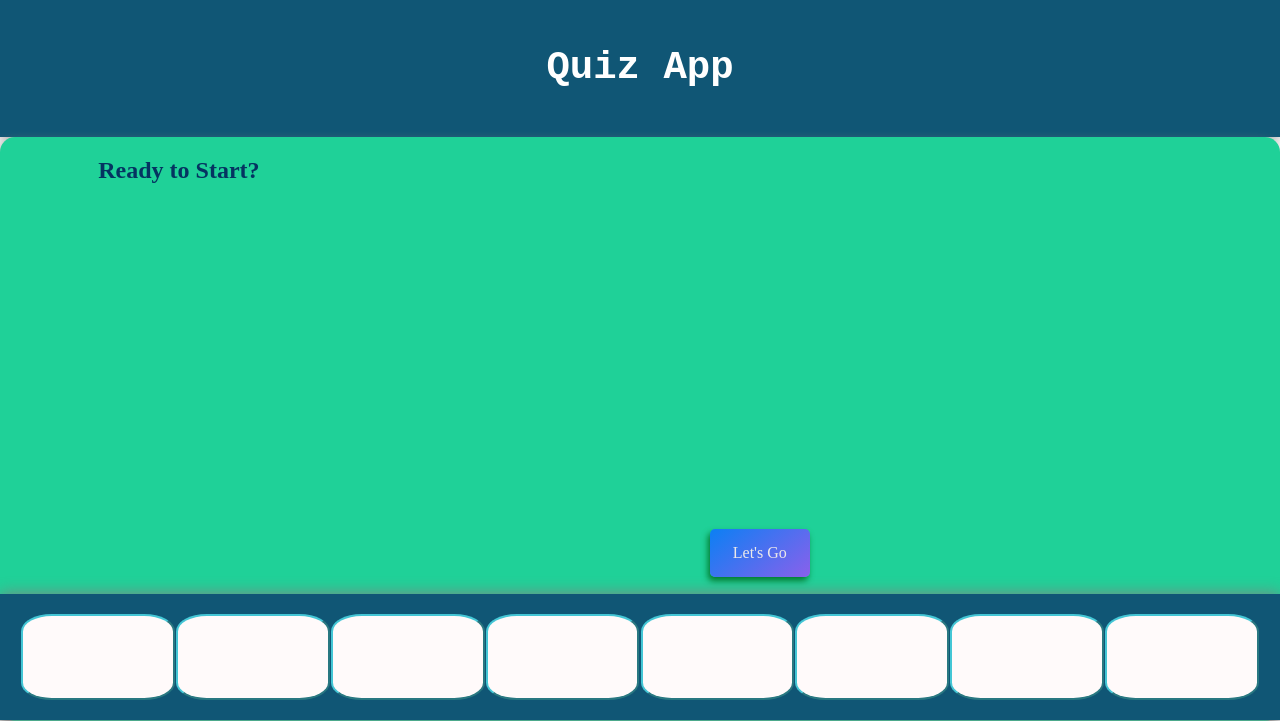
Repository: tpic12/quiz_app
Page: index.html
The author's editor kept a copy of each file at every save. The page is drawn from the files as they stood at one save, then again after the next save.
The browser window is 1280 px wide. The pictures show the whole page.

Above is the page before, as saved 2019-12-28 15:00:18.

### index.html
<!DOCTYPE html>
<html lang="en">

<head>
  <meta charset="UTF-8">
  <meta name="viewport" content="width=device-width, initial-scale=1.0">
  <meta http-equiv="X-UA-Compatible" content="ie=edge">
  <title>Quiz App</title>
  <link href="https://cdnjs.cloudflare.com/ajax/libs/normalize/8.0.1/normalize.min.css" rel="stylesheet"
    type="text/css" />
  <link href="app.css" rel="stylesheet" type="text/css" />
</head>

<body>
  <header>
    <section class='banner'>
      <h1>Quiz App</h1>
    </section>
  </header>
  <main class='display'>

  </main>
  <footer>
    <section class='counts'>
        <div class='count 0'></div>
        <div class='count 1'></div>
        <div class='count 2'></div>
        <div class='count 3'></div>
        <div class='count 4'></div>
        <div class='count 5'></div>
        <div class='count 6'></div>
        <div class='count 7'></div>
    </section>
  </footer>
  <script src="https://code.jquery.com/jquery-3.4.1.slim.js" crossorigin="anonymous"></script>
  <script src="app.js"></script>
</body>

</html>

### app.css
/* Your styles should be mobile-first and responsive */

/**
  * If you are unclear on how to utilize a mobile-first, responsive technique to write your CSS, here is an example:
  *
  * https://github.com/andreacardybailey/responsive_example/blob/master/styles/responsive-base.css
  *
*/
* {
  box-sizing: border-box;
  margin: 0;
}

.banner h1 {
  font-family: monospace;
  font-size: 3em;
}

.banner,
footer {
  color: white;
  font-family: monospace;
  padding: 20px;
  width: 100%;
  text-align: center;
  background-color: hsl(198, 76%, 26%);
  box-shadow: 0px 0px 15px grey;
  border-bottom: none;
  left: 0;
}

.main_card {
  display: flex;
  min-width: 20vw;
  min-height: 40vh;
  text-align: center;
  justify-content: space-evenly;
  align-content: space-around;
  background-color: hsl(161, 74%, 47%);
  border-radius: 15px;
  padding: 20px;
  border: none;
  box-shadow: -2px 6px 12px grey;
}

button {
  margin: 30%;
  margin-bottom: 10%;
  color: hsl(0, 7%, 92%);
  background: linear-gradient(140deg, hsl(210, 91%, 50%), hsl(258, 78%, 65%));
  border: none;
  max-width: 130px;
  min-width: 100px;
  border-radius: 5px;
  padding: 15px;
  box-shadow: -2px 4px 6px hsl(142, 98%, 24%);
}

.main_card > form#qForm {
  display: flex;
  flex-flow: row nowrap;
  justify-content: center;
  text-align: center;
}
/*
.mid-card {
  display: flex;
  flex-flow: column wrap;
  margin: auto;
  margin-top: 100px;
  max-width: 400px;
  min-width: 200px;
  text-align: center;
  align-items: center;
  background-color: hsl(161, 74%, 47%);
  border-radius: 15px;
  padding: 20px;
  border: none;
  box-shadow: -2px 6px 12px grey;
}
*/
.main_card > h2 {
  text-align: center;
  font-weight: bolder;
  color: hsl(210, 90%, 20%);
}

input {
  margin: 5px 20px;
}

footer {
  position: fixed;
  bottom: 0;
  left: 0;
  max-height: 20vh;
}

.counts {
  display: flex;
  justify-content: space-evenly;
}

.count {
  border: 2px outset hsl(186, 63%, 55%);
  font-family: 'Gill Sans', 'Gill Sans MT', Calibri, 'Trebuchet MS', sans-serif;
  border-radius: 20%;
  flex-direction: row;
  width: 12vw;
  height: 12vh;
  background-color: hsl(0, 100%, 99%);
  padding: 15px;
  -webkit-border-radius: 20%;
  -moz-border-radius: 20%;
  -ms-border-radius: 20%;
  -o-border-radius: 20%;
}

h1 {
  font-family: sans-serif;
}

.green {
  background-color: green !important;
}

.red {
  background-color: red !important;
}

#snackbar > p {
  visibility: hidden;
  min-width: 15vw;

  color: #fff;
  text-align: center;
  align-content: flex-start;
  padding: 5px;
  position: absolute;
  z-index: 1;
  left: ;
  top: -30px;
}

#snackbar.show {
  visibility: visible;
  /-webkit-animation: fadein 0.5s, fadeout 0.5s 2.5s;
  animation: fadein 0.5s, fadeout 0.5s 2.5s;
}

### app.js
/**
 * Example store structure
 */
'use strict';

const STORE = {
  // 5 or more questions are required
  questions: [
    {
      question: 'How many items in a bakers dozen??',
      answers: ['11', '12', '13', '3'],
      correctAnswer: '13'
    },
    {
      question: 'What month is Oktoberfest held?',
      answers: ['September', 'October', 'Every Month', 'August'],
      correctAnswer: 'September'
    },
    {
      question: 'What color is an Orange Blossom?',
      answers: ['Red', 'Orange', 'Pink', 'White'],
      correctAnswer: 'White'
    },
    {
      question: 'Where did the Panama Hat originate?',
      answers: ['Ecuador', 'Panama', 'China', 'Cuba'],
      correctAnswer: 'Ecuador'
    },
    {
      question: 'What are toy marbles made from?',
      answers: ['Plastic', 'Quartz', 'Diamond', 'Glass'],
      correctAnswer: 'Glass'
    },
    {
      question: 'How many gallons are in a ten-gallon hat?',
      answers: [
        'Half a Gallon',
        'Ten-Gallons',
        'Three-Fourths of a Gallon',
        'Give-Gallon'
      ],
      correctAnswer: 'Three-Fourths of a Gallon'
    },
    {
      question: 'What is the biggest animal to ever live?',
      answers: ['Mammoth', 'T-Rex', 'Blue Whale', 'Brontosaurus'],
      correctAnswer: 'Blue Whale'
    },
    {
      question: 'Where is the red-bellied woodpecker predominately red?',
      answers: ['Head', 'Wings', 'Feet', 'Belly'],
      correctAnswer: 'Head'
    }
  ],
  questionNumber: 0,
  score: 0,
  quizStart: false
};

/**
 *
 * Your app should include a render() function, that regenerates
 * the view each time the store is updated. See your course
 * material, consult your instructor, and reference the slides
 * for more details.
 *
 * NO additional HTML elements should be added to the index.html file.
 *
 * You may add attributes (classes, ids, etc) to the existing HTML elements, or link stylesheets or additional scripts if necessary
 *
 */

/**
 * This function renders the quiz after you start, ...
 * answer a question, or restart the quiz
 */
function renderStartQuiz() {
  const mainCard = `<section class="main_card">
      <h2>Ready to Start?</h2>
      <button type='submit' id='start_quiz'>Let's Go</button>
    </section>`;

  $('.display').html(mainCard);

  $('.display').on('click', '#start_quiz', function(event) {
    event.preventDefault();
    STORE.quizStart = true;
    $('.main_card')
      .children()
      .remove();
    handleQuiz();
  });
}
/**
 * renders question one at a time depending on question number
 */
function renderQuestion() {
  if (
    STORE.questionNumber === STORE.questions.length &&
    STORE.questionNumber > 1
  ) {
    renderResults();
  } else {
    const qCard = `<h2>${STORE.questions[STORE.questionNumber].question}</h2>
    <form id="qForm">
        <input type='radio' name='answer' id='q1' value="${
          STORE.questions[STORE.questionNumber].answers[0]
        }"/><label for='q1' id='0'>${
      STORE.questions[STORE.questionNumber].answers[0]
    }</label>
        <input type='radio' name='answer' id='q2' value="${
          STORE.questions[STORE.questionNumber].answers[1]
        }"/><label for='q2' id='1'>${
      STORE.questions[STORE.questionNumber].answers[1]
    }</label><br>
        <input type='radio' name='answer' id='q3' value="${
          STORE.questions[STORE.questionNumber].answers[2]
        }"/><label for='q3' id='2'>${
      STORE.questions[STORE.questionNumber].answers[2]
    }</label>
        <input type='radio' name='answer' id='q4' value="${
          STORE.questions[STORE.questionNumber].answers[3]
        }"/><label for='q4' id='3'>${
      STORE.questions[STORE.questionNumber].answers[3]
    }</label><br>
    </form>
    <button type='submit' id='submit_answer'>Final Answer</button>`;

    $('.main_card').html(qCard);
    $('input:checked').on('su');
    $('.main_card').on('click', '#submit_answer', function(event) {
      event.preventDefault();
      checkAnswer();
      //original next question spot

      $('.main_card')
        .children()
        .remove();

      handleQuiz();
    });
  }
}
/**
 * renders results page

 */

function generateResults(finalScore, numberOfQuestions) {
  return `<h2>You scored ${finalScore} out of ${numberOfQuestions}!</h2><button id='restart'>Restart Quiz</button>`;
}

/* Render results element with button that restarts the quiz*/
function renderResults() {
  let score = STORE.score;
  let num = STORE.questionNumber;

  $('.main_card').html(generateResults(score, num));
  $('#restart').click(function(event) {
    event.preventDefault();
    console.log('Restarting Quiz');

    STORE.questionNumber = 0;
    STORE.score = 0;
    $('.count')
      .removeClass('snackbar')
      .removeClass('red')
      .removeClass('green')
      .removeClass('show')
      .text('');
    renderStartQuiz();
  });
}

/**
 * this function checks the correctnes of the answer
 */
function checkAnswer() {
  let form = document.getElementById('qForm');
  let ans = form['answer'];
  for (let i = 0; i < ans.length; i++) {
    //is a button checked
    if (ans[i].checked) {
      //compare value of ans[i] to correct answer
      if (
        ans[i].value === STORE.questions[STORE.questionNumber].correctAnswer
      ) {
        scoreKeeper(true);
      } else {
        scoreKeeper(false);
      }
    }
  }
}

function generateAnswerSnackbar(questionAnswer) {
  return `<div class=.${STORE.questionNumber}>
              <p>Sorry, the correct answer is ${questionAnswer}</p>
          </div>`;
}

function scoreKeeper(bool) {
  if (bool === true) {
    console.log('plus 1 point');
    STORE.score++;
    $(`.${STORE.questionNumber}`)
      .addClass('green')
      .addClass('snackbar')
      .html(`<p>Correct!</p>`);
    $('section.main_card');
    console.log('next q!');
    STORE.questionNumber++;
  }
  if (bool === false) {
    console.log('no points for you');
    $(`.${STORE.questionNumber}`)
      .addClass('red')
      .addClass('snackbar')
      .html(
        generateAnswerSnackbar(
          STORE.questions[STORE.questionNumber].correctAnswer
        )
      );
    console.log('next q!');
    STORE.questionNumber++;
  }
}

function handleQuiz() {
  if (STORE.quizStart === false) {
    renderStartQuiz();
  } else {
    renderQuestion();
  }
}

$(handleQuiz);

After the next save:
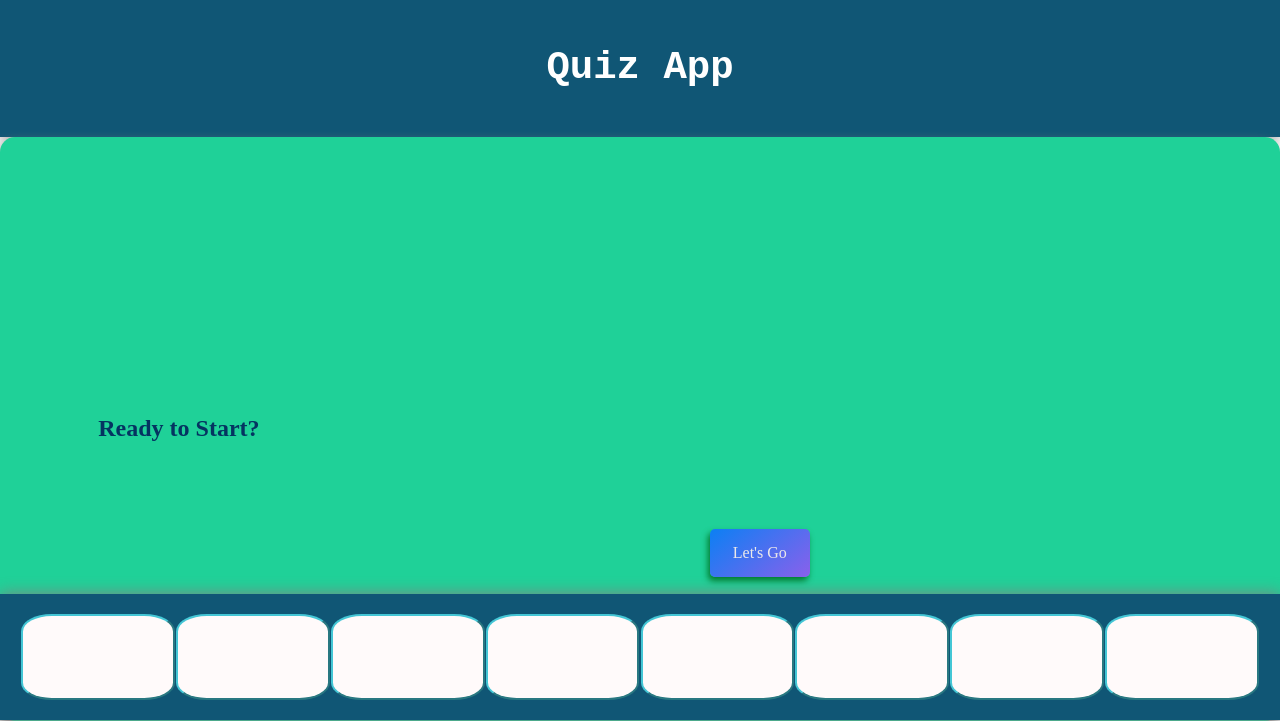
Saved 17 s later.
--- a/app.css
+++ b/app.css
@@ -80,7 +80,7 @@
 }
 */
 .main_card > h2 {
-  text-align: center;
+  align-self: center;
   font-weight: bolder;
   color: hsl(210, 90%, 20%);
 }

After the save that followed:
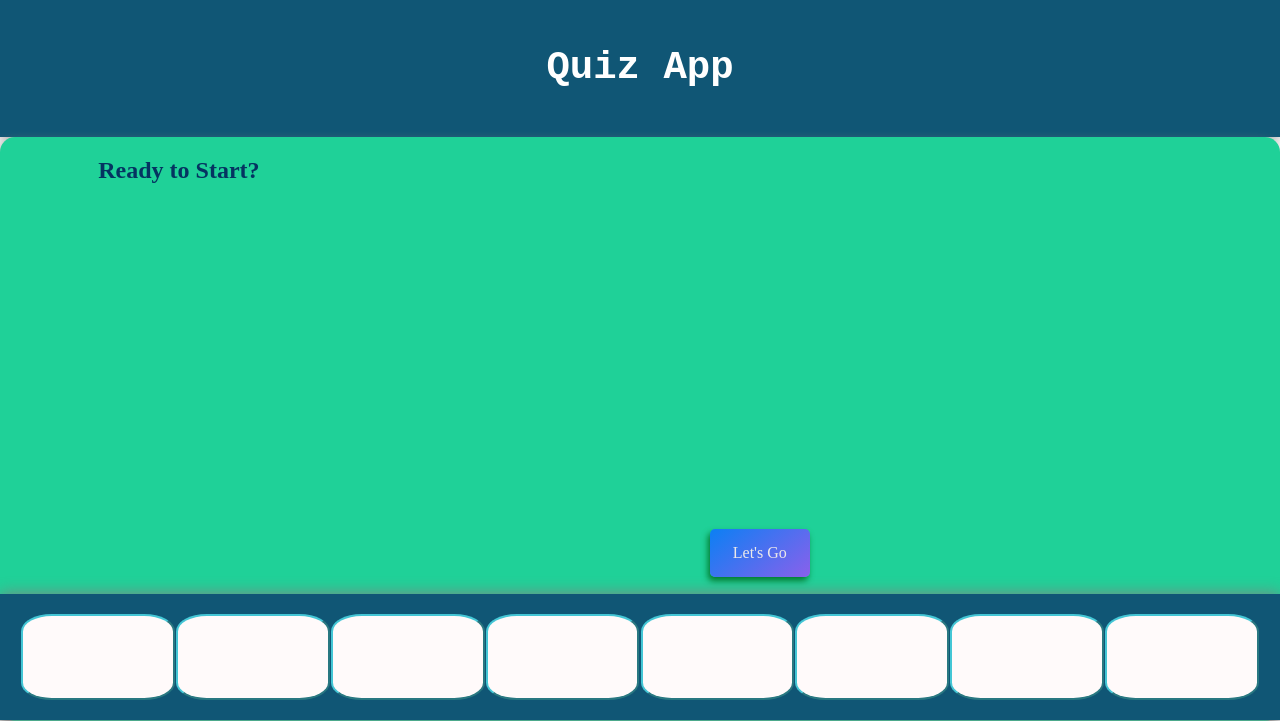
Saved 16 s later.
--- a/app.css
+++ b/app.css
@@ -80,7 +80,7 @@
 }
 */
 .main_card > h2 {
-  align-self: center;
+  justify-self: center;
   font-weight: bolder;
   color: hsl(210, 90%, 20%);
 }
